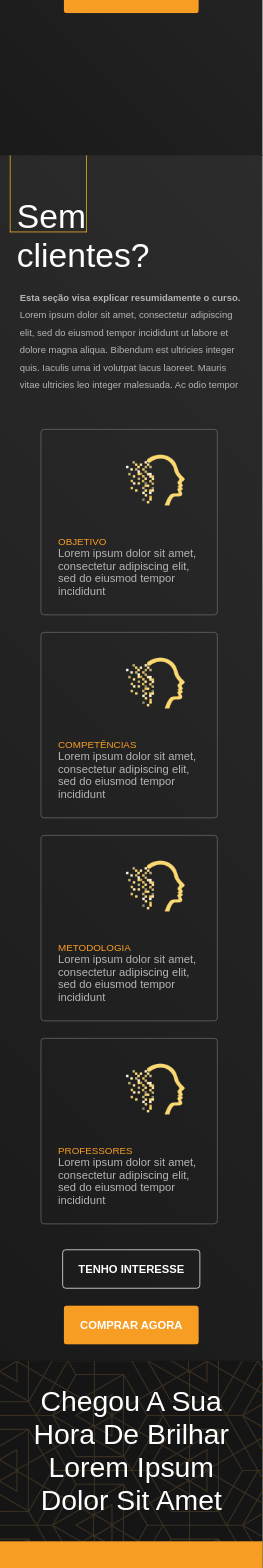
Repository: Rafael-Araujo-dev/Treinamento-Raccoon
Page: Projeto-2/index.html
The author's editor kept a copy of each file at every save. The page is drawn from the files as they stood at one save, then again after a run of saves.
The browser window is 375 px wide. The pictures show the part of the page from y = 577 to 2817 px (the page is 7504 px tall), at 70% of full size.
Backgrounds fixed to the window are drawn as part of the page. Some web fonts or font styles are not loaded; a fallback is used.

Above is the page before, as saved 2021-09-23 16:52:15.

After the next 2 saves:
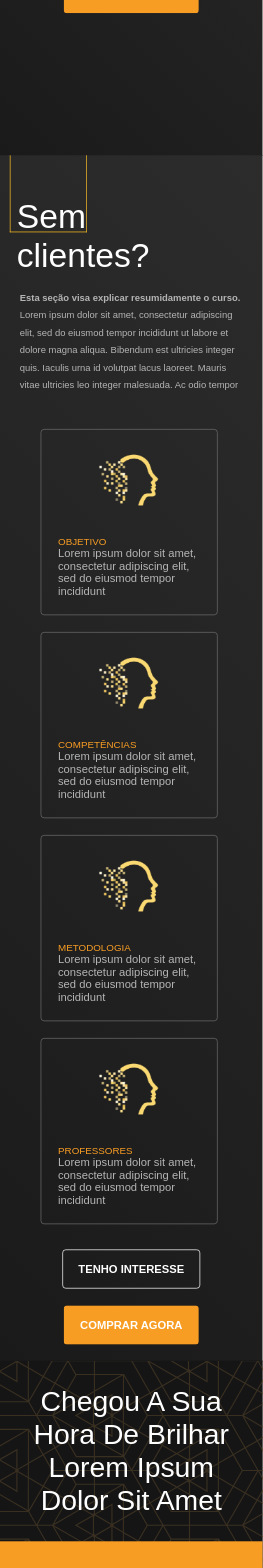
The 2 saves are shown as one change because they came seconds apart.
The last was saved 35 s later.
--- a/Projeto-2/css/style.css
+++ b/Projeto-2/css/style.css
@@ -734,9 +734,6 @@
 }
 
 @media(max-width: 450px) {
-    .course-summary .card-image {
-        width: 23px;
-    }
     .course-summary .card-container {
         margin-top: 50px;
     }
